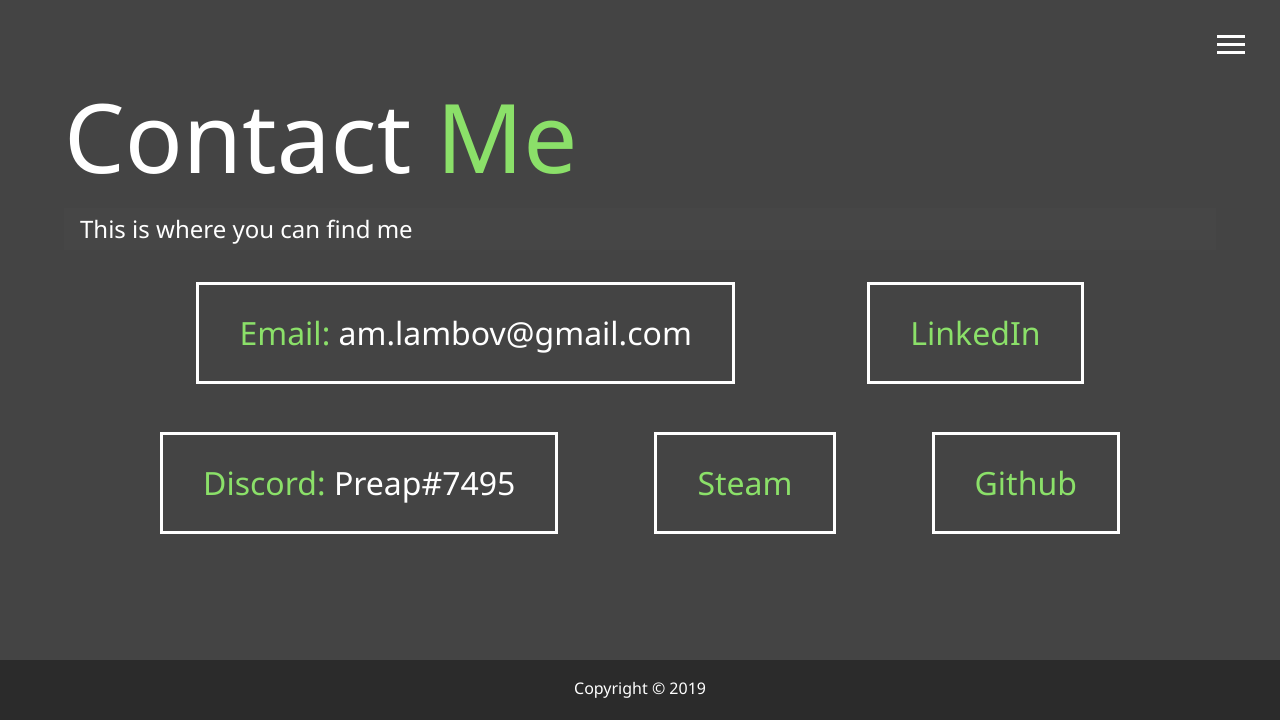
Repository: Preap/portfolio
Page: dist/contact.html
The author's editor kept a copy of each file at every save. The page is drawn from the files as they stood at one save, then again after the next save.
The browser window is 1280 px wide. The pictures show the whole page.
Some web libraries are served in a nearby version.

Above is the page before, as saved 2019-06-06 02:55:26.

### dist/contact.html
<!DOCTYPE html>
<html lang="en">
  <head>
    <meta charset="UTF-8" />
    <meta name="viewport" content="width=device-width, initial-scale=1.0" />
    <meta http-equiv="X-UA-Compatible" content="ie=edge" />
    <link
      rel="stylesheet"
      href="https://use.fontawesome.com/releases/v5.6.1/css/all.css"
      integrity="sha384-gfdkjb5BdAXd+lj+gudLWI+BXq4IuLW5IT+brZEZsLFm++aCMlF1V92rMkPaX4PP"
      crossorigin="anonymous"
    />
    <link rel="stylesheet" href="css/main.css" />
    <title>Contact Me</title>
  </head>
  <body>
    <header>
      <div class="menu-btn">
        <div class="btn-line"></div>
        <div class="btn-line"></div>
        <div class="btn-line"></div>
      </div>

      <nav class="menu">
        <div class="menu-branding"><div class="portrait"></div></div>

        <ul class="menu-nav">
          <li class="nav-item">
            <a href="index.html" class="nav-link"> Home </a>
          </li>
          <li class="nav-item">
            <a href="about.html" class="nav-link"> My Experience </a>
          </li>
          <li class="nav-item">
            <a href="work.html" class="nav-link"> My Projects </a>
          </li>
          <li class="nav-item">
            <a href="contact.html" class="nav-link current"> Contact Me </a>
          </li>
        </ul>
      </nav>
    </header>

    <main id="about">
      <h1 class="lg-heading">
        Contact <span class="text-secondary">Me </span>
      </h1>
      <h2 class="sm-heading">This is where you can find me</h2>
      <div class="boxes">
        <div>
          <span class="text-secondary">Email:</span> am.lambov@gmail.com
        </div>
        <div>
          <a
            href="https://www.linkedin.com/in/atanas-lambov-11aa40164/"
            target="blank">
            <span
              class="text-secondary"
              >LinkedIn</span>
          </a>
        </div>
        <div>
          <span class="text-secondary">Discord:</span> Preap#7495
        </div>
        <div>
          <a
            href="https://steamcommunity.com/id/preap/"
            target="blank">
            <span
              class="text-secondary"
              >Steam</span>
          </a>
        </div>
        <div>
          <a
          target="blank"
          href="https://github.com/Preap">
            <span
              class="text-secondary"
              >Github</span>
          </a>
        </div>
      </div>
    </main>

    <footer id="main-footer">
      Copyright &copy; 2019
    </footer>

    <script src="js/main.js"></script>
  </body>
</html>

### dist/css/main.css
.menu-btn {
  position: absolute;
  top: 35px;
  right: 35px;
  z-index: 3;
  cursor: pointer;
  transition: all 0.5s ease-out;
}
.menu-btn .btn-line {
  width: 28px;
  height: 3px;
  margin: 0 0 5px 0;
  background: #fff;
  transition: all 0.5s ease-out;
}
.menu-btn.close {
  transform: rotate(180deg);
}
.menu-btn.close .btn-line:nth-child(1) {
  transform: rotate(45deg) translate(5px, 5px);
}
.menu-btn.close .btn-line:nth-child(2) {
  opacity: 0;
}
.menu-btn.close .btn-line:nth-child(3) {
  transform: rotate(-45deg) translate(6px, -6px);
}

.menu {
  position: fixed;
  top: 0;
  width: 100%;
  opacity: 0.98;
  visibility: hidden;
}
.menu.show {
  visibility: visible;
}
.menu-branding,
.menu-nav {
  display: flex;
  flex-flow: column wrap;
  align-items: center;
  justify-content: center;
  float: left;
  width: 50%;
  height: 100vh;
  overflow: hidden;
}
.menu-nav {
  margin: 0;
  padding: 0;
  background: #373737;
  list-style: none;
  transform: translate3d(100%, -100%, 0);
  transition: all 0.5s ease-out;
}
.menu-nav.show {
  transform: translate3d(0, 0, 0);
}
.menu-branding {
  background: #444;
  transform: translate3d(-100%, 100%, 0);
  transition: all 0.5s ease-out;
}
.menu-branding.show {
  transform: translate3d(0, 0, 0);
}
.menu-branding .portrait {
  width: 250px;
  height: 250px;
  background: url(../img/port2BW.jpg);
  border-radius: 50%;
  border: solid 3px #8be069;
  opacity: 1;
}
.menu .nav-item {
  transform: translate3d(600px, 0, 0);
  transition: all 0.5s ease-out;
}
.menu .nav-item.show {
  transform: translate3d(0, 0, 0);
}
.menu .nav-link {
  display: inline-block;
  position: relative;
  font-size: 50px;
  text-transform: uppercase;
  padding: 1rem 0;
  font-weight: 300;
  color: #fff;
  text-decoration: none;
  transition: all 0.5s ease-out;
}
.menu .nav-link:hover {
  color: #8be069;
  transition: all 0.5s ease-out;
}
.menu .nav-link.current {
  color: #8be069;
}

.nav-item:nth-child(1) {
  transition-delay: 0.15s;
}

.nav-item:nth-child(2) {
  transition-delay: 0.3s;
}

.nav-item:nth-child(3) {
  transition-delay: 0.45s;
}

.nav-item:nth-child(4) {
  transition-delay: 0.6s;
}

* {
  box-sizing: border-box;
}

body {
  background: #444;
  color: #fff;
  height: 100%;
  margin: 0;
  font-family: "Segoe UI", Tahoma, Geneva, Verdana, sans-serif;
  line-height: 1.5;
}
body#bg-img {
  background: url(../img/keyboard.jpg);
  background-attachment: fixed;
  background-size: cover;
}
body#bg-img::after {
  content: "";
  position: absolute;
  top: 0;
  right: 0;
  width: 100%;
  height: 100%;
  z-index: -1;
  background: rgba(68, 68, 68, 0.9);
}

h1,
h2,
h3 {
  margin: 0;
  font-weight: 400;
}
h1.lg-heading,
h2.lg-heading,
h3.lg-heading {
  font-size: 6rem;
}
h1.sm-heading,
h2.sm-heading,
h3.sm-heading {
  margin-bottom: 2rem;
  padding: 0.2rem 1rem;
  background: rgba(73, 73, 73, 0.5);
}

a {
  color: #fff;
  text-decoration-line: none;
}

header {
  position: fixed;
  z-index: 2;
  width: 100%;
}

.text-secondary {
  color: #8be069;
}

main {
  padding: 4rem;
  min-height: calc(100vh - 60px);
}
main .icons {
  margin-top: 1rem;
}
main .icons a {
  padding: 0.4rem;
}
main .icons a:hover {
  color: #8be069;
  transition: all 0.5s ease-out;
}
main#home {
  overflow: hidden;
}
main#home h1 {
  margin-top: 20vh;
}

.about-info {
  display: grid;
  grid-gap: 30px;
  grid-template-areas:
    "bioimage bio bio"
    "job1 job2 job3";
  grid-template-columns: repeat(3, 1fr);
}
.about-info .bio-image {
  grid-area: bioimage;
  margin: auto;
  border-radius: 50%;
  border: #8be069 3px solid;
}
.about-info .bio {
  grid-area: bio;
  font-size: 1.5rem;
}
.about-info .job-1 {
  grid-area: job1;
}
.about-info .job-2 {
  grid-area: job2;
}
.about-info .job-3 {
  grid-area: job3;
}
.about-info .job {
  background: #585858;
  padding: 0.5rem;
  border-bottom: #8be069 5px solid;
}

.projects {
  display: grid;
  grid-gap: 0.7rem;
  grid-template-columns: repeat(3, 1fr);
}
.projects img {
  width: 100%;
  border: 3px #fff solid;
}
.projects img:hover {
  opacity: 0.5;
  border-color: #8be069;
  transition: all 0.5s ease-out;
}

.boxes {
  display: flex;
  flex-wrap: wrap;
  justify-content: space-evenly;
  align-items: center;
  margin-top: 1rem;
}
.boxes div {
  font-size: 2rem;
  border: 3px #fff solid;
  padding: 1.5rem 2.5rem;
  margin-bottom: 3rem;
  transition: all 0.5s ease-out;
}
.boxes div:hover {
  padding: 0.5rem 1.5rem;
  background: #8be069;
  color: #000;
}
.boxes div:hover span {
  color: #000;
}

.btn,
.btn-dark,
.btn-light {
  display: block;
  padding: 0.5rem 1rem;
  border: 0;
  margin-bottom: 0.3rem;
}
.btn:hover,
.btn-dark:hover,
.btn-light:hover {
  background: #8be069;
  color: #000;
  transition: all 0.5s ease-out;
}

.btn-dark {
  background: black;
  color: #fff;
}

.btn-light {
  background: #c4c4c4;
  color: #000;
}

#main-footer {
  text-align: center;
  padding: 1rem;
  background: #2b2b2b;
  color: #fff;
  height: 60px;
}

.bio {
  grid-area: bio;
  font-size: 1.5rem;
}

@media screen and (min-width: 1171px) {
  .projects {
    grid-template-columns: repeat(4, 1fr);
  }
}

@media screen and (min-width: 769) and (max-width: 1170px) {
  .projects {
    grid-template-columns: repeat(3, 1fr);
  }
}

@media screen and (max-width: 768px) {
  main {
    align-items: center;
    text-align: center;
  }
  main .lg-heading {
    line-height: 1;
    margin-bottom: 1rem;
  }
  ul.menu-nav,
  div.menu-branding {
    float: none;
    width: 100%;
    min-height: 0;
  }
  ul.menu-nav.show,
  div.menu-branding.show {
    transform: translate3d(0, 0, 0);
  }
  .menu-nav {
    height: 75vh;
    transform: translate3d(-100%, 0, 0);
    font-size: 24px;
  }
  .menu-branding {
    height: 25vh;
    transform: translate3d(100%, 0, 0);
  }
  .menu-branding .portrait {
    background: url(../img/portSmallBW.jpg);
    width: 150px;
    height: 150px;
  }
  .about-info {
    grid-template-areas:
      "bioimage"
      "bio"
      "job1"
      "job2"
      "job3";
    grid-template-columns: 1fr;
  }
  .projects {
    grid-template-columns: repeat(2, 1fr);
  }
}

@media screen and (max-width: 500px) {
  main#home h1 {
    margin-top: 10vh;
  }
  .projects {
    grid-template-columns: 1fr;
  }
}

### dist/js/main.js
// Select DOM Items
const menuBtn = document.querySelector(".menu-btn");
const menu = document.querySelector(".menu");
const menuNav = document.querySelector(".menu-nav");
const menuBranding = document.querySelector(".menu-branding");
const navItems = document.querySelectorAll(".nav-item");

//Set initial state of menu

let showMenu = false;

menuBtn.addEventListener("click", toggleMenu);

function toggleMenu() {
  if (!showMenu) {
    menuBtn.classList.add("close");
    menu.classList.add("show");
    menuNav.classList.add("show");
    menuBranding.classList.add("show");
    navItems.forEach(item => item.classList.add("show"));

    //set menu state
    showMenu = true;
  } else {
    menuBtn.classList.remove("close");
    menu.classList.remove("show");
    menuNav.classList.remove("show");
    menuBranding.classList.remove("show");
    navItems.forEach(item => item.classList.remove("show"));

    //set menu state
    showMenu = false;
  }
}

After the next save:
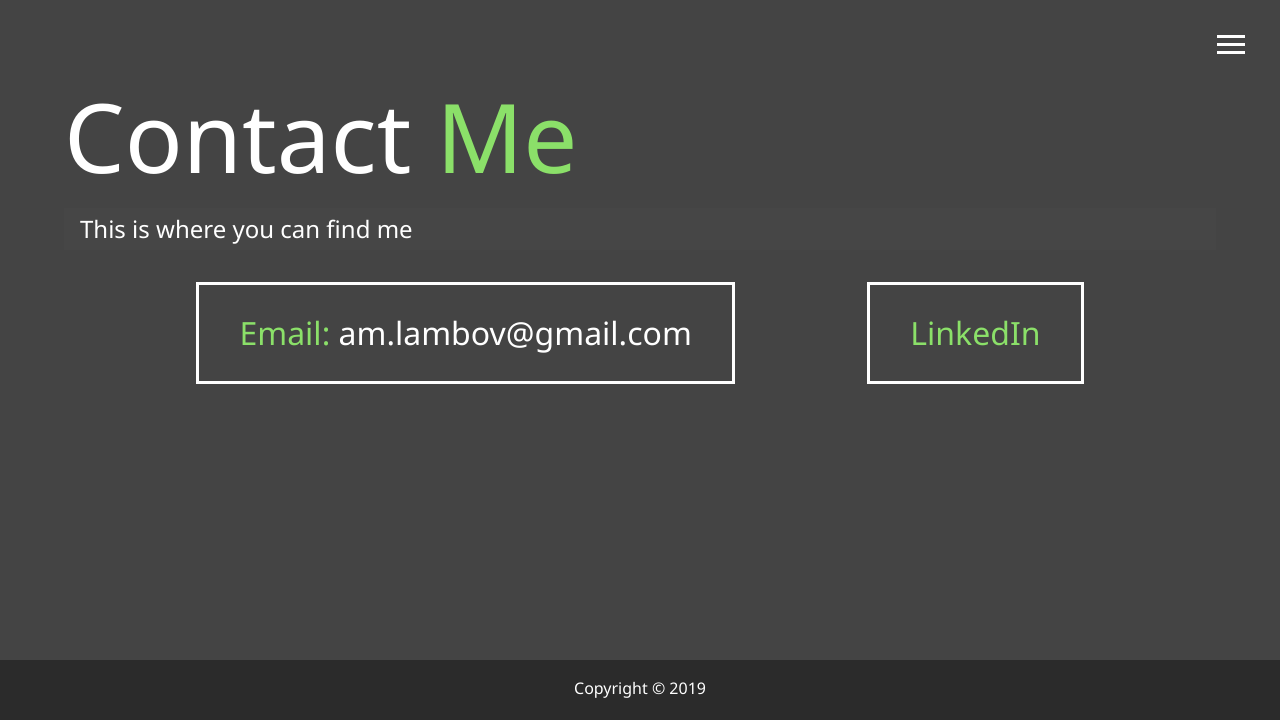
Saved 2 min 4 s later.
--- a/dist/contact.html
+++ b/dist/contact.html
@@ -53,31 +53,9 @@
         <div>
           <a
             href="https://www.linkedin.com/in/atanas-lambov-11aa40164/"
-            target="blank">
-            <span
-              class="text-secondary"
-              >LinkedIn</span>
-          </a>
-        </div>
-        <div>
-          <span class="text-secondary">Discord:</span> Preap#7495
-        </div>
-        <div>
-          <a
-            href="https://steamcommunity.com/id/preap/"
-            target="blank">
-            <span
-              class="text-secondary"
-              >Steam</span>
-          </a>
-        </div>
-        <div>
-          <a
-          target="blank"
-          href="https://github.com/Preap">
-            <span
-              class="text-secondary"
-              >Github</span>
+            target="blank"
+          >
+            <span class="text-secondary">LinkedIn</span>
           </a>
         </div>
       </div>
